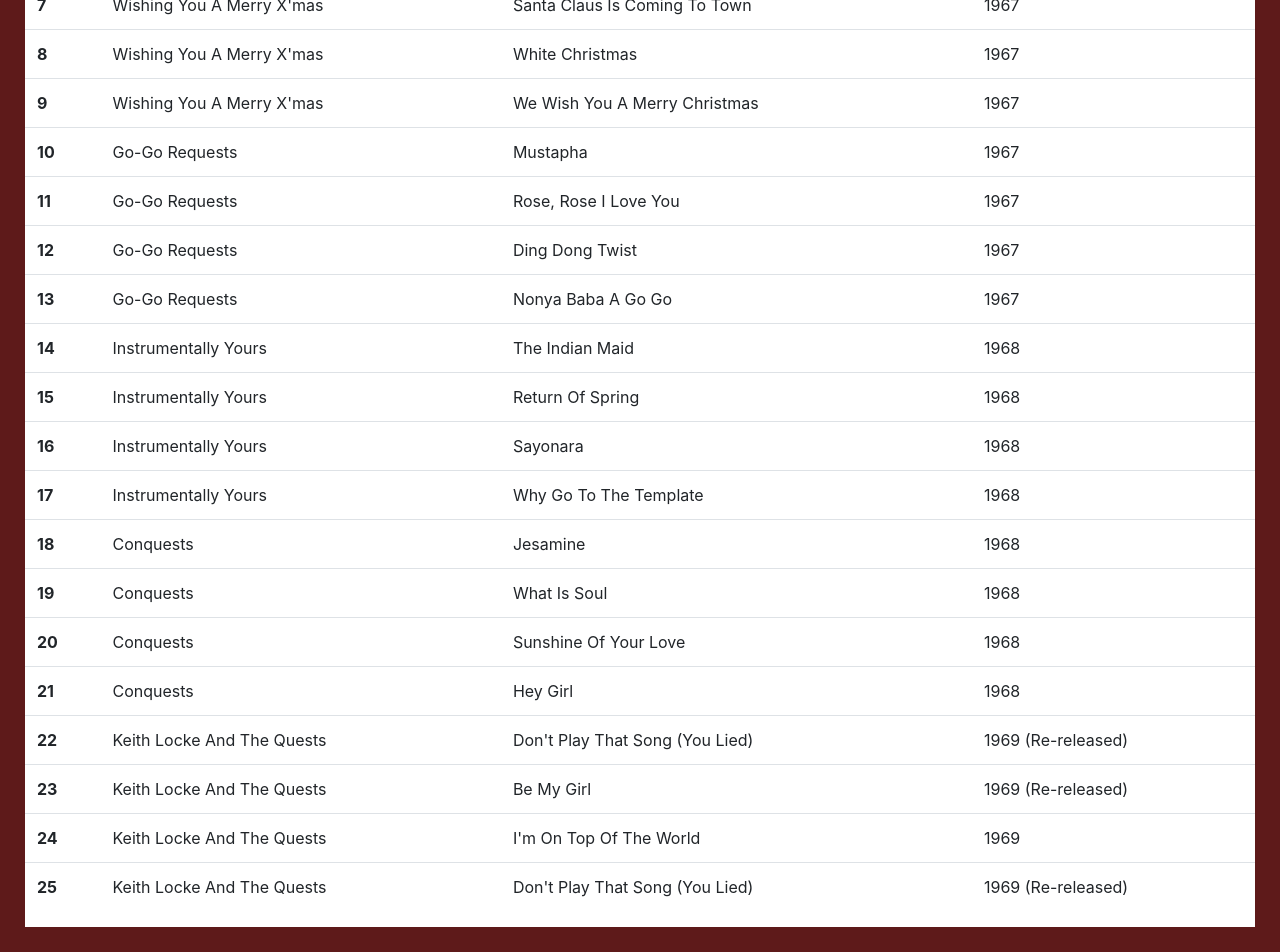
Repository: SamLookingGlass/User-Centric-Frontend-Development-Project
Page: music.html
The author's editor kept a record of every edit. The page is drawn from the files as they stood at one moment, then again after the next edit.
The browser window is 1280 px wide. The pictures show the part of the page from y = 1026 to 1978 px (the page is 1978 px tall).
Some web libraries are served in a nearby version.

Above is the page before.

After the next edit:
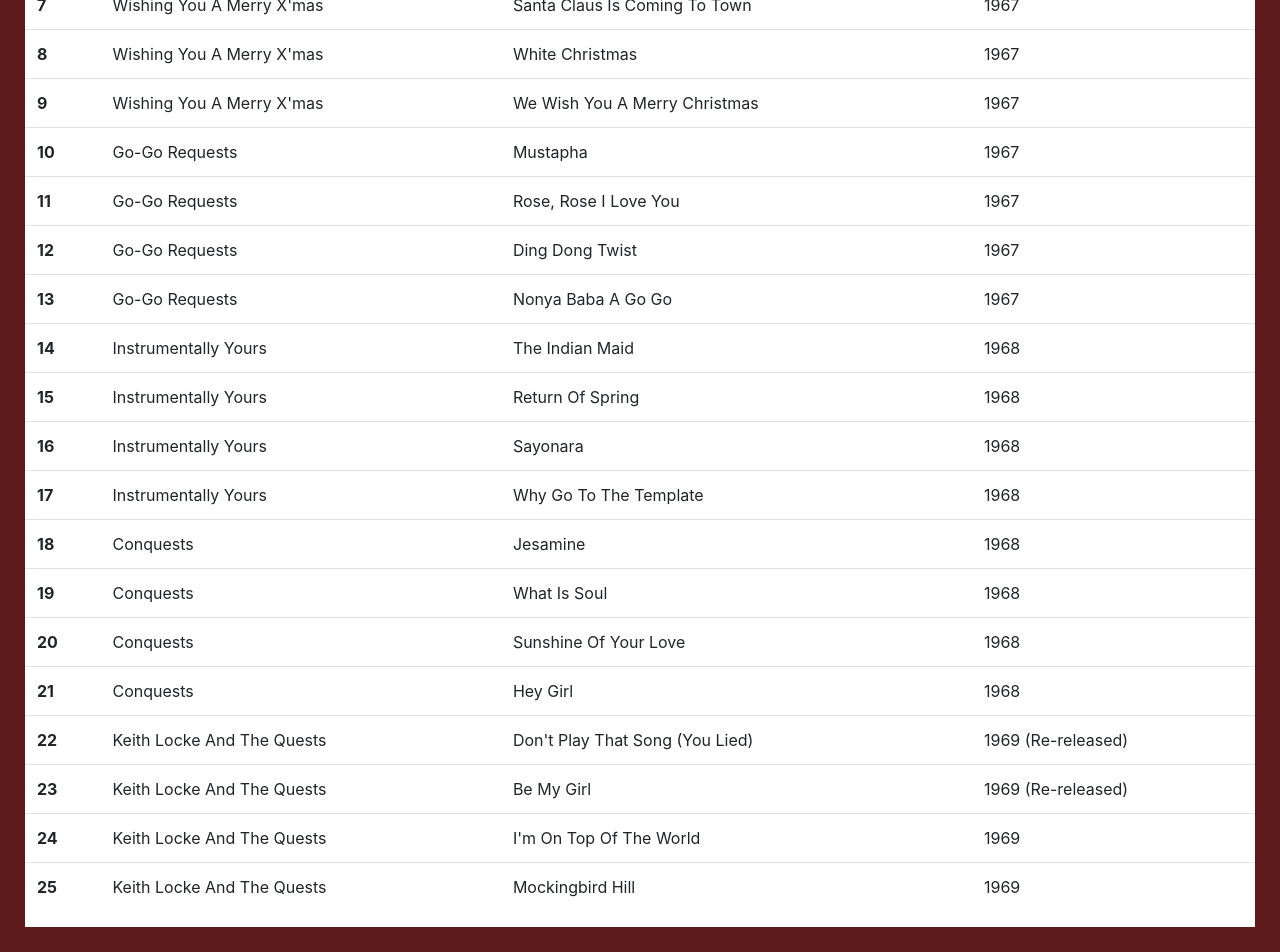
The edit:
--- a/music.html
+++ b/music.html
@@ -236,8 +236,8 @@
     <tr>
       <th scope="row">25</th>
       <td>Keith Locke And The Quests</td>
-      <td>Don't Play That Song (You Lied)</td>
-      <td>1969 (Re-released)</td>
+      <td>Mockingbird Hill</td>
+      <td>1969</td>
     </tr>
   </tbody>
 </table>
